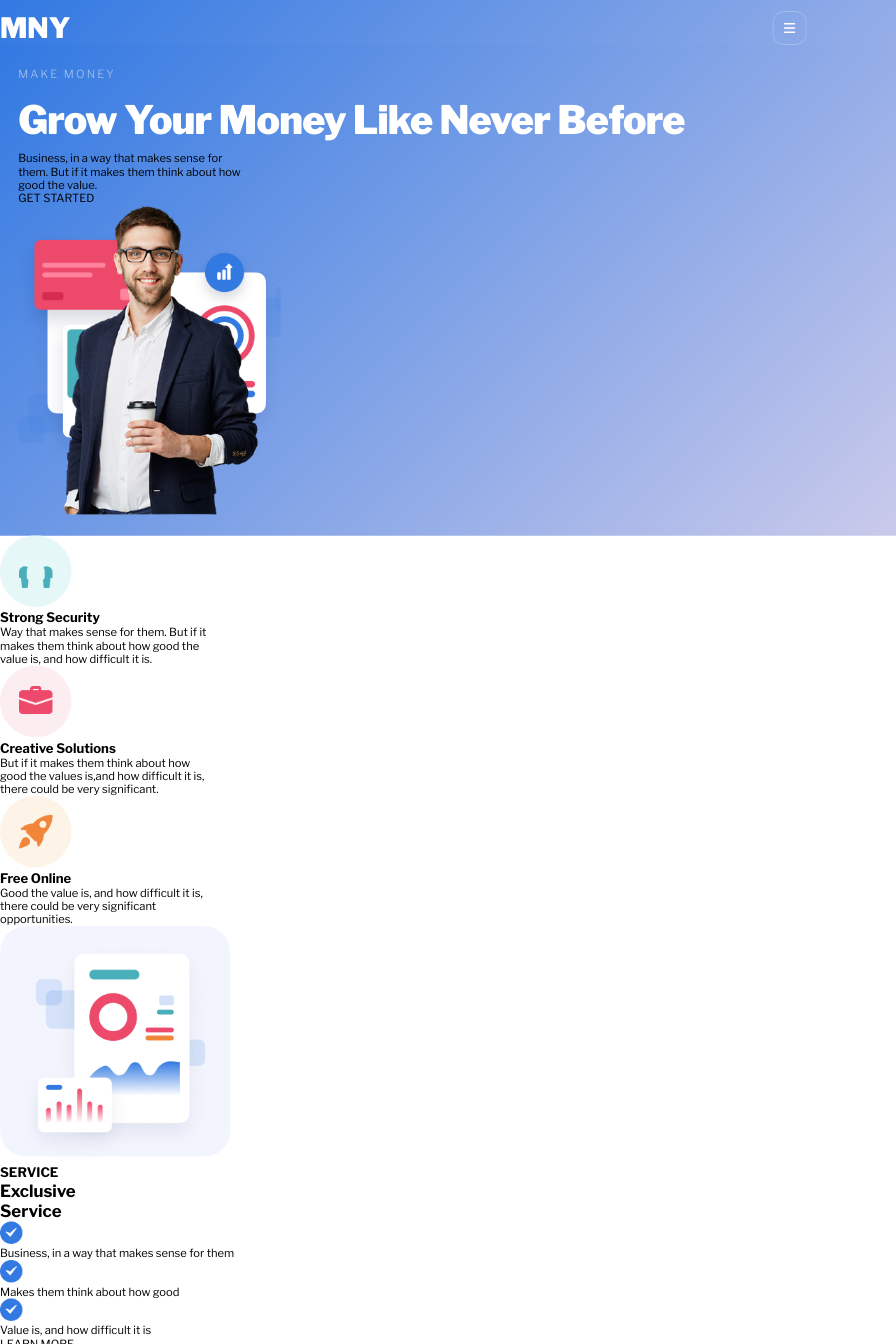
Repository: juniorAntunes910/Make-Money-Design-Avaliacao
Page: index.html
The author's editor kept a copy of each file at every save. The page is drawn from the files as they stood at one save, then again after a run of saves.
The browser window is 1280 px wide. The pictures show the part of the page from y = 0 to 1920 px (the page is 4742 px tall before and 4781 px after), at 70% of full size.

Above is the page before, as saved 2026-03-13 08:16:33.

After the next 5 saves:
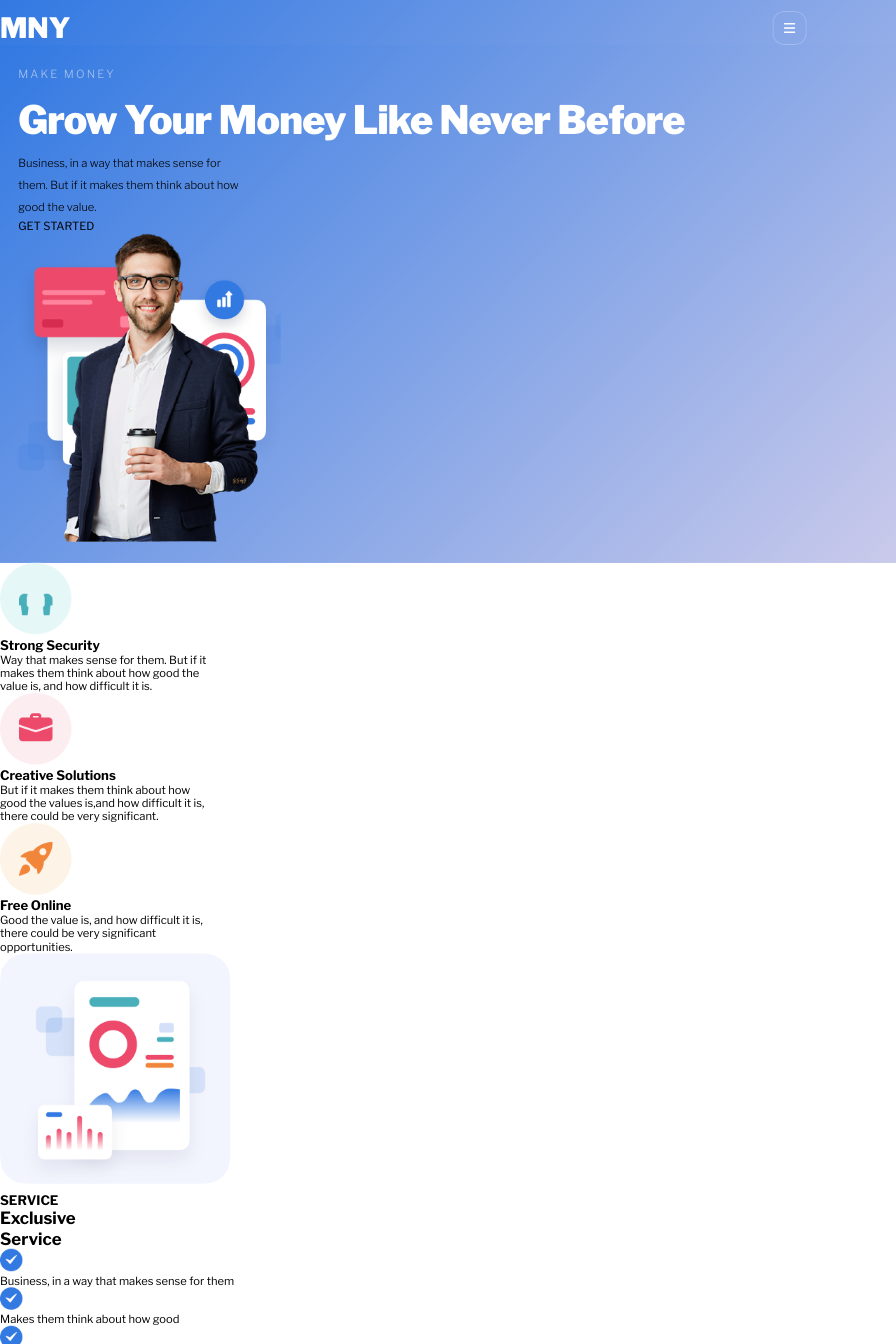
The 5 saves are shown as one change because they came seconds apart.
The last was saved 15 s later.
--- a/style.css
+++ b/style.css
@@ -122,5 +122,8 @@ header nav{
 .hero-header-description {
     margin-top: 0.8125rem;
     font-size: 1rem;
-    font-weight: var();
+    font-weight: var(--weight-light);
+    line-height: 2rem;
+    letter-spacing: 0px;
+
 }
